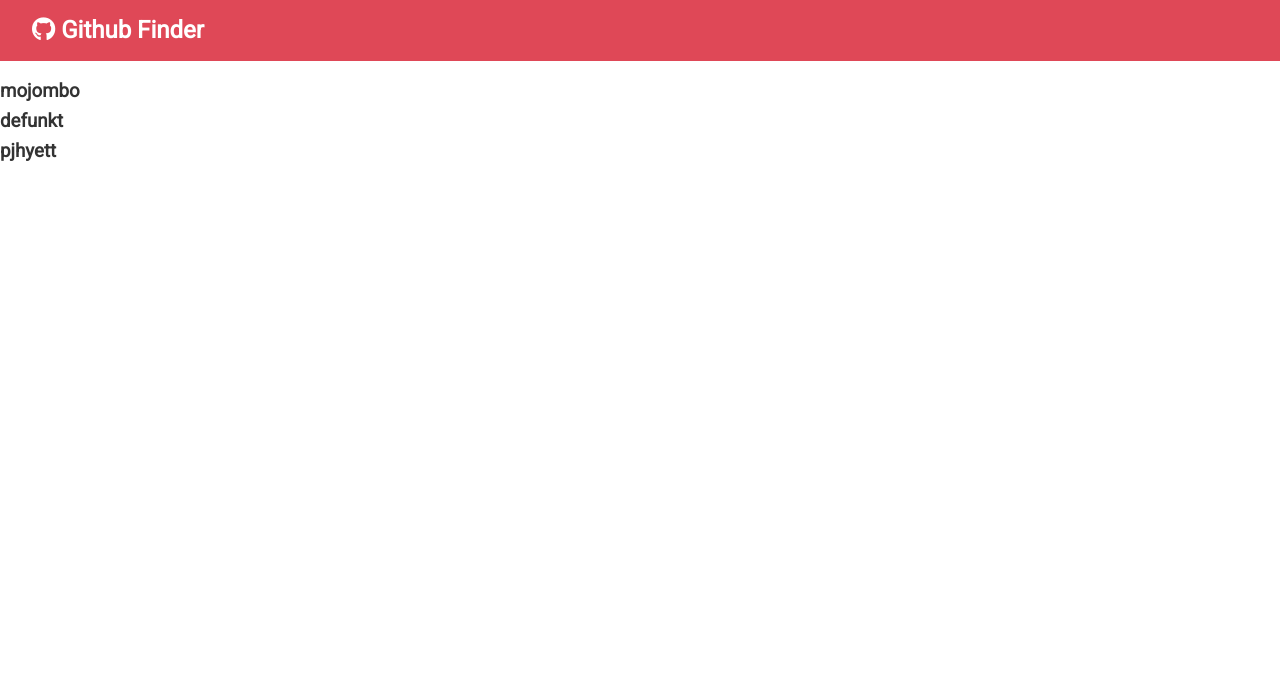
Repository: bafode/github-finder
Page: /
These files come from the project's save history. The page is drawn as it stood at one moment and after the next save; the edit follows.
The browser window is 1280 px wide. The pictures show the whole page.
Pictures or frames that could not be fetched are drawn as grey boxes. Some web libraries are served in a nearby version. The project was rebuilt for these pictures with package versions that can differ from the ones it lists, and the page was loaded fresh each time.

Above is the page before, as saved 2023-06-16 17:12:10.

After the next save:
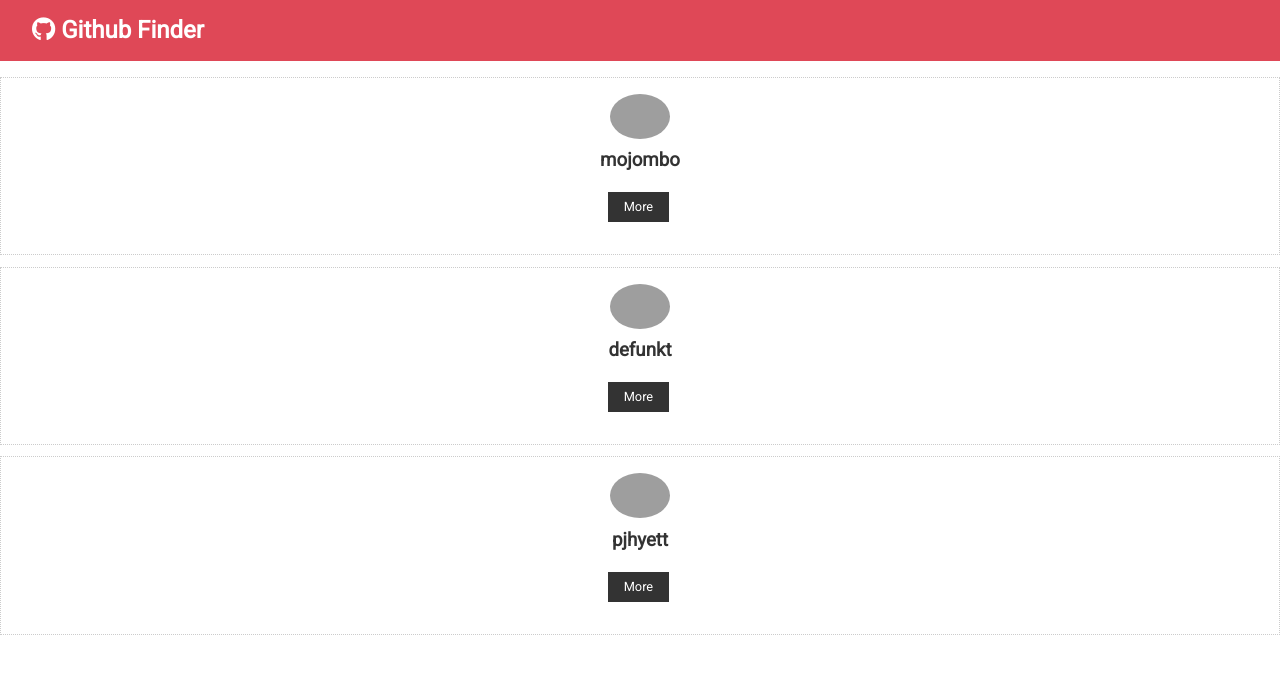
Saved 38 s later.
--- a/src/components/users/Users.js
+++ b/src/components/users/Users.js
@@ -1,4 +1,5 @@
 import React, { Component } from 'react'
+import UserItem from './UserItem'
 
 class Users extends Component {
     state = {
@@ -30,7 +31,7 @@ class Users extends Component {
         <div>
             {users.map((user) => (
                 <div key={user.id}>
-                    <h3>{user.login}</h3>
+                    <UserItem user={user}/>
                 </div>
 
             ))}
